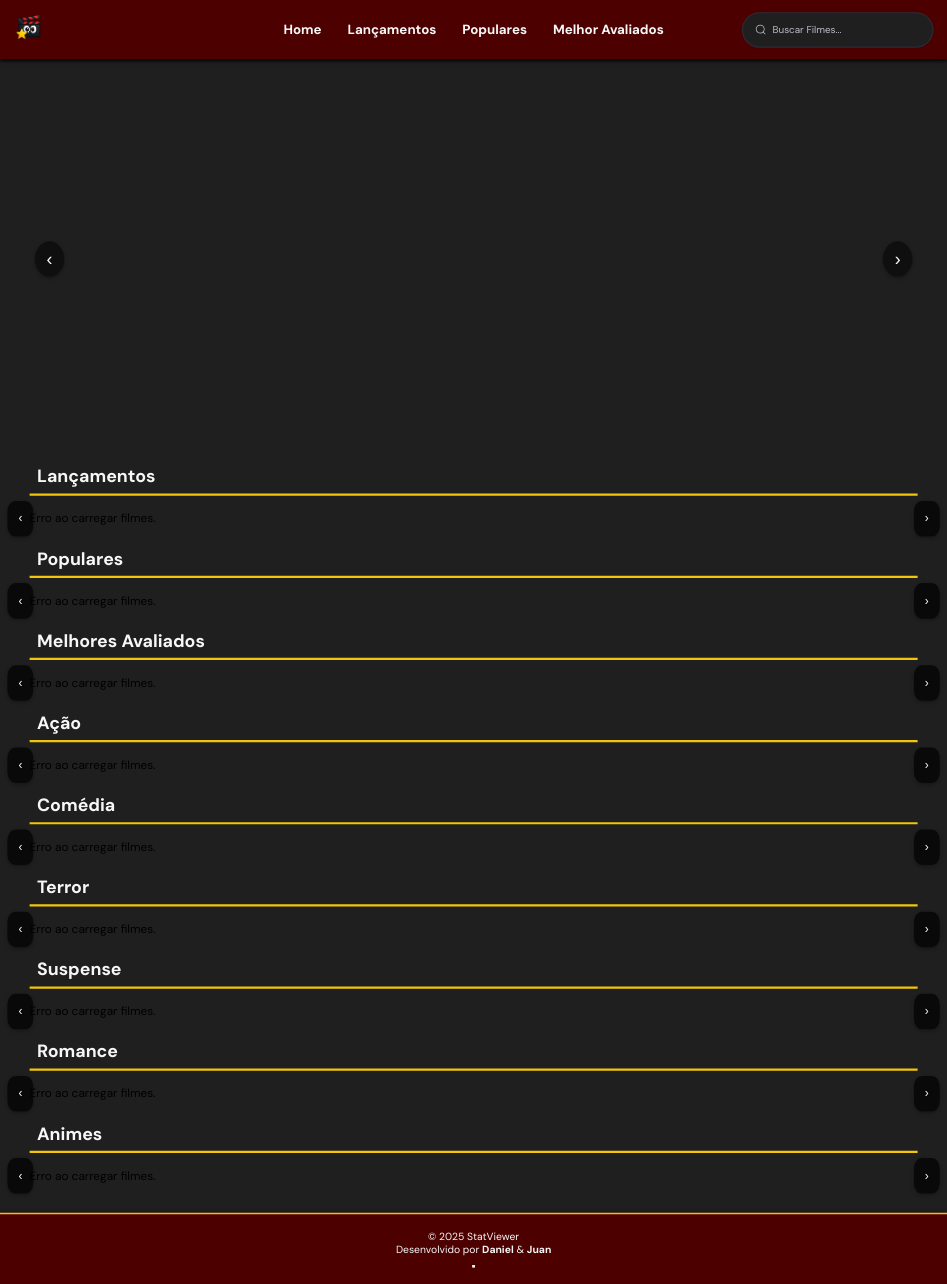
Repository: juanpablitozito/stat-viewer
Page: index.html
The author's editor kept a copy of each file at every save. The page is drawn from the files as they stood at one save, then again after a run of saves.
The browser window is 1280 px wide. The pictures show the whole page, at 74% of full size.
The page's requests for data from a server got no answer.

Above is the page before, as saved 2025-10-02 08:47:18.

### index.html
<!DOCTYPE html>
<html lang="pt-br">
<head>
    <meta charset="UTF-8">
    <meta name="viewport" content="width=device-width, initial-scale=1.0">
    <link rel="shortcut icon" href="/assets/img/logo_stat.ico" type="image/x-icon">
    <title>Stat Viewer</title>
    <link rel="stylesheet" href="src/styles/style.css">
    <link rel="preconnect" href="https://fonts.googleapis.com">
    <link rel="preconnect" href="https://fonts.gstatic.com" crossorigin>
    <link href="https://fonts.googleapis.com/css2?family=DM+Sans:ital,opsz,wght@0,9..40,100..1000;1,9..40,100..1000&display=swap" rel="stylesheet">
    <script src="https://cdn.jsdelivr.net/npm/sweetalert2@11"></script>
</head>
<body>

    <header>
        <section class="nav-bar">

            <nav id="home">

                <a href="/src/pages/login.html"><img src="assets/img/logo_stat.ico" alt="logo" ></a>

                <ul>

                    <li><a href="#home">Home</a></li>
                    <li><a href="#lançamentos">Lançamentos</a></li>
                    <li><a href="#populares">Populares</a></li>
                    <li><a href="#melhoravaliados">Melhor Avaliados</a></li>
                </ul>

                <div class="search-container">
                  <div class="group">
                    <svg viewBox="0 0 24 24" aria-hidden="true" class="search-icon">
                      <g>
                        <path
                          d="M21.53 20.47l-3.66-3.66C19.195 15.24 20 13.214 20 11c0-4.97-4.03-9-9-9s-9 4.03-9 9 4.03 9 9 9c2.215 0 4.24-.804 5.808-2.13l3.66 3.66c.147.146.34.22.53.22s.385-.073.53-.22c.295-.293.295-.767.002-1.06zM3.5 11c0-4.135 3.365-7.5 7.5-7.5s7.5 3.365 7.5 7.5-3.365 7.5-7.5 7.5-7.5-3.365-7.5-7.5z"
                        ></path>
                      </g>
                    </svg>
                    <input
                      id="query"
                      class="input"
                      type="search"
                      placeholder="Buscar Filmes..."
                      name="searchbar"

                    />
                  </div>
                </div>

                <!-- Overlay para resultados da busca -->
                <div id="searchResultsOverlay" class="search-overlay hidden">
                  <div id="searchResults" class="search-results"></div>
                </div>
            </nav>

        </section>

    </header>
    <main>

      <section >
        <div class="carrossel">
          <div class="slides" id="slides">

          </div>

          <button class="btn anterior" onclick="voltarSlide()">‹</button>
          <button class="btn proximo" onclick="avancarSlide()">›</button>
        </div>
      </section>

      <section id="lançamentos">
        <h2>Lançamentos</h2>
        <div class="movie-section">
          <button class="prev-launches">‹</button>
          <div id="launches" class="movie-row"></div>
          <button class="next-launches">›</button>
        </div>
      </section>

      <section id="populares">
        <h2>Populares</h2>
        <div class="movie-section">
          <button class="prev-popular">‹</button>
          <div id="popular" class="movie-row"></div>
          <button class="next-popular">›</button>
        </div>
      </section>

      <section id="melhoravaliados">
        <h2>Melhores Avaliados</h2>
        <div class="movie-section">
          <button class="prev-topRated">‹</button>
          <div id="topRated" class="movie-row"></div>
          <button class="next-topRated">›</button>
        </div>
      </section>

      <section>
        <h2>Ação</h2>
        <div class="movie-section">
          <button class="prev-acao">‹</button>
          <div id="acao" class="movie-row"></div>
          <button class="next-acao">›</button>
        </div>
      </section>

      <section>
        <h2>Comédia</h2>
        <div class="movie-section">
          <button class="prev-comedia">‹</button>
          <div id="comedia" class="movie-row"></div>
          <button class="next-comedia">›</button>
        </div>
      </section>

      <section>
        <h2>Terror</h2>
        <div class="movie-section">
          <button class="prev-terror">‹</button>
          <div id="terror" class="movie-row"></div>
          <button class="next-terror">›</button>
        </div>
      </section>

      <section>
        <h2>Suspense</h2>
        <div class="movie-section">
          <button class="prev-suspense">‹</button>
          <div id="suspense" class="movie-row"></div>
          <button class="next-suspense">›</button>
        </div>
      </section>

      <section>
        <h2>Romance</h2>
        <div class="movie-section">
          <button class="prev-romance">‹</button>
          <div id="romance" class="movie-row"></div>
          <button class="next-romance">›</button>
        </div>
      </section>

      <section>
        <h2>Animes</h2>
        <div class="movie-section">
          <button class="prev-anime">‹</button>
          <div id="anime" class="movie-row"></div>
          <button class="next-anime">›</button>
        </div>
      </section>



    </main>


      <!-- Caixa de avaliaçao -->
      <div id="movieModal" class="modal hidden">
        <div class="modal-container">
        <div class="modal-image" id="modalBgImage"></div>
        <div class="modal-content">
          <span id="closeModal" class="close-button">&times;</span>

          <div class="modal-header">
            <h2 id="modalTitle"></h2>
            <p id="modalRating"></p>
            <p id="modalRelease"></p>
          </div>

          <hr>

          <div class="sinopse">

            <h5> Sinopse:</h5>

            <p id="modalOverview"></p>

          </div>

            <hr>


          <div id="modalTrailer">
            <!-- O trailer será inserido aqui via JavaScript -->
          </div>
        </div>
      </div>
    </div>

    <footer>
  <p>© 2025 StatViewer</p>
  <p>Desenvolvido por <strong>Daniel</strong> & <strong>Juan</strong></p>
  <div class="social-buttons">
    <button  ></button>

  </div>
</footer>



    <script src="src/js/script.js"></script>
</body>
</html>

### src/styles/style.css
/* ===== VARIÁVEIS GLOBAIS ===== */
:root {
  --cor-primaria: #1f1f1f;
  --accent-color: #a8a8a8;
  --highlight-color: #f7f7f7;
  --button-color: rgba(255, 208, 11, 0.945);
  --button-hover-color: rgba(250, 203, 14, 0.637);;
  --segunda-cor: rgb(77, 0, 0);
  --text-color: #f7f7f7;
  --sombra: rgba(0, 0, 0, 1) 0px 2px 5px;
  --transition: all 0.3s ease;
}

/* ===== RESET E CONFIGURAÇÕES GERAIS ===== */
* {
  box-sizing: border-box;
  scroll-behavior: smooth;
  margin: 0;
  padding: 0;
}

body {
  background-color: var(--cor-primaria);
  font-family: DM Sans, sans-serif;
}

/* ===== NAVEGAÇÃO ===== */
nav {
  position: fixed;
  z-index: 10001;
  width: 100%;
  top: 0;
  height: 80px;
  background-color: var(--segunda-cor);
  display: flex;
  justify-content: space-between;
  align-items: center;
  padding: 5px 20px;
  box-shadow: var(--sombra);
}

/* Lista de navegação */
ul {
  display: flex;
  flex-direction: row;
  position: absolute;
  left: 50%;
  transform: translateX(-50%);
  list-style: none;
  gap: 35px;
}

a {
  color: var(--text-color);
  text-decoration: none;
  font-size: 18px;
  font-weight: bold;
}

a:hover {
  color: var(--accent-color);
  transition: var(--transition);
}

nav img {
  width: 3vw;
}

/* ===== BARRA DE PESQUISA ===== */
.group {
  display: flex;
  line-height: 28px;
  align-items: center;
  position: relative;
}

.input {
  font-family: "DM Sans", sans-serif;
  width: 20vw;
  height: 45px;
  padding-left: 2.5rem;
  box-shadow: 0 0 0 1.5px #2b2c37, 0 0 25px -17px #000;
  border: 0;
  border-radius: 30px;
  background-color: var(--cor-primaria);
  outline: none;
  color: #bdbecb;
  transition: var(--transition);
  cursor: text;
  z-index: 0;
}

.input::placeholder {
  color: #bdbecb;
}

.input:hover {
  box-shadow: 0 0 0 2.5px #2f303d, 0px 0px 25px -15px #000;
}

.input:active {
  transform: scale(0.95);
}

.input:focus {
  box-shadow: 0 0 0 2.5px #2f303d;
}

.search-icon {
  position: absolute;
  left: 1rem;
  fill: #bdbecb;
  width: 1rem;
  height: 1rem;
  pointer-events: none;
  z-index: 1;
}

/* ===== CARROSSEL PRINCIPAL ===== */
.carrossel {
  position: relative;
  width: 95vw;
  height: auto;
  margin: 100px auto 10px;
  overflow: hidden;
  border-radius: 10px;
  box-shadow: 0 4px 10px var(--sombra);
}
 .carrossel::before {
            content: '';
            position: absolute;
            bottom: 0;
            left: 0;
            width: 100%;
            height: 100%;
            background: linear-gradient(
                to top,
                 #1f1f1f 0%,
                transparent 50%,
                transparent 100%
            );
            z-index: 1;
        }

        /* .carrossel::after {
            content: '';
            position: absolute;
            top: 0;
            left: 0;
            width: 10%;
            height: 100%;
            background: linear-gradient(
                to right,
                 #1f1f1f 0%,
                transparent 50%,
                transparent 10%
            );

            z-index: 1;
        } */

.slides {
  display: flex;
  transition: transform 1.5s ease-in-out;
  height: 100%;
}

.slides img {
  width: 100%;
  height: 100%;
  flex-shrink: 0;
}

/* Botões do carrossel */
.btn {
  position: absolute;
  top: 50%;
  transform: translateY(-50%);
  background: rgba(0, 0, 0, 0.5);
  color: white;
  border: none;
  padding: 10px 16px;
  font-size: 24px;
  cursor: pointer;
  border-radius: 50%;
}

.btn.anterior {
  left: 15px;
}

.btn.proximo {
  right: 15px;
}

.btn:hover {
  background: rgba(0, 0, 0, 0.7);
}

/* ===== SEÇÕES DE CATÁLOGO ===== */
h1 {
  text-align: center;
  padding: 10px 20px;
  margin: 10px;
  color: var(--text-color);
}

h2 {
  padding: 8px 10px;
  margin: 20px 40px;
  color: var(--text-color);
  border-bottom: 3px solid var(--button-color);
}

/* Container das seções de filmes */
.movie-section {
  display: flex;
  align-items: center;
  position: relative;
}

.movie-row {
  display: flex;
  overflow-x: hidden;
  scroll-behavior: smooth;
  position: relative;
  margin: 0 40px;
}

/* ===== CARDS DE FILMES ===== */
.card-movie {
  width: 200px;
  height: 350px;
  border-radius: 8px;
  overflow: hidden;
  text-align: center;
  padding: 10px;
  flex: 0 0 auto;
  display: flex;
  flex-direction: column;
  justify-content: space-between;
}

.card-movie img {
  width: 100%;
  height: 300px;
  border-radius: 8px;
  object-fit: cover;
  object-position: center;
  cursor: pointer;
  box-shadow: var(--sombra);
}

.card-movie img:hover {
  transform: scale(1.10);
  transition: var(--transition);
  box-shadow: 0 4px 20px var(--sombra);
}

.card-movie h3 {
  display: none;
}

/* ===== BOTÕES DE NAVEGAÇÃO DAS SEÇÕES ===== */
section button {
  background-color: rgba(0, 0, 0, 0.5);
  color: white;
  border: none;
  padding: 10px 20px;
  font-size: 16px;
  cursor: pointer;
  transition: background-color 0.3s ease;
  position: absolute;
  top: 50%;
  transform: translateY(-50%);
  z-index: 10;
  background-color: rgba(0, 0, 0, 0.7);
  padding: 15px;
  border-radius: 30%;
  box-shadow: 0 2px 5px rgba(0, 0, 0, 0.3);
}

section button:hover {
  background-color: rgba(0, 0, 0, 0.9);
}

/* Containers das seções */
#launches, #popular, #topRated, #acao, #comedia, #terror, #suspense, #romance, #anime {
  position: relative;
}

/* Botões anteriores */
.prev-launches, .prev-popular, .prev-topRated, .prev-acao, .prev-comedia, .prev-terror, .prev-suspense, .prev-romance, .prev-anime {
  left: 10px;
}

/* Botões próximos */
.next-launches, .next-popular, .next-topRated, .next-acao, .next-comedia, .next-terror, .next-suspense, .next-romance, .next-anime {
  right: 10px;
}

/* ===== MODAL DE DETALHES ===== */
.modal {
  position: fixed;
  inset: 0;
  background-color: rgba(0, 0, 0, 0.85);
  display: flex;
  align-items: center;
  justify-content: center;
  z-index: 9999;
}

.modal-container::-webkit-scrollbar {
  display: none;
}

.modal-container {
  display: flex;
  flex-direction: column;
  width: 50%;
  max-width: 900px;
  height: 750px;
  background-color: var(--cor-primaria);
  border-radius: 8px;
  /* overflow: hidden; */
  overflow-y: scroll;
  color: white;

}
 .modal-image::after {
            content: '';
            position: absolute;
            bottom: 0;
            left: 0;
            width: 100%;
            height: 100%;
            background: linear-gradient(
                to top,
                 #1f1f1f 0%,
                transparent 50%,
                transparent 100%
            );
            z-index: 1;
        }

.modal-image {
  flex: 0 0 60%;
  background-size: cover;
  background-repeat: no-repeat;
  background-position: center;
  position: relative;

}

.modal-content {
  background-color: var(--cor-primaria);
  padding: 40px;
  border-radius: 10px;
  max-width: 800px;
  max-height: 800px;
  height: 100%;
  width: 100%;
  color: var(--text-color);
  position: relative;
  margin: 20px auto 40px;
}

/* Elementos do modal */
#modalTitle {
  padding: 0;
  margin: 0;
  border: none;
}

#modalRating {
  position: absolute;
  top: 35px;
  right: 100px;
}

.btn-trailer {
  padding: 10px 20px;
  background-color: var(--button-color);
  /* border: 1px solid white; */
  border-radius: 1px;
  font-weight: bold;
  font-size: 14px;
  box-shadow: var(--sombra);
  border-radius:5px ;
  transition: var(--transition);
}

.btn-trailer:hover {
  background-color: var(--button-hover-color);
  box-shadow: 0 4px 15px var(--sombra) ;

  cursor: pointer;
  transform: translateY(-3px);
}

h5 {
  font-size: 18px;
  margin: 0;
  padding: 0;
}

.sinopse {
  margin: 20px 0;
}

#modalOverview {
  font-family: 'Montserrat', sans-serif;
  color: var(--accent-color);
  width: 100%;
  margin: 0;
}

.close-button {
  position: absolute;
  top: 10px;
  right: 15px;
  font-size: 22px;
  cursor: pointer;
  color: var(--button-color);
}

hr {
  margin: 20px 0;
}

/* ===== SISTEMA DE BUSCA ===== */
.search-overlay {
  position: fixed;
  top: 70px;
  left: 0;
  right: 0;
  bottom: 0;
  background-color: rgba(0, 0, 0, 0.95);
  z-index: 999;
  overflow-y: auto;
  padding: 20px;
}

.search-results {
  display: flex;
  flex-wrap: wrap;
  gap: 20px;
}

/* ===== COMPONENTES DE ALERTA ===== */
.meu-popup {
  background: var(--cor-primaria);
  border-radius: 20px;
  box-shadow: 10px 10px 100px rgba(255, 0, 0, 0.274);
}

.meu-titulo {
  font-family: 'Poppins', sans-serif;
  color: var(--text-color);
  border: none;
}

.meu-botao {
  background-color: var(--segunda-cor);
  color: var(--text-color);
  transition: var(--transition);
  border-radius: 10px;
  padding: 8px 20px;
  border: none;
}

.meu-botao:hover {
  background-color: #4d000080;
  color: var(--text-color);
  transform: translate(1.05);
}

/* ==== Rodapé ==== */
footer {
  background-color: var(--segunda-cor);
  color: var(--text-color);
  text-align: center;
  padding: 20px;
  margin-top: 40px;
  box-shadow: var(--sombra);
  font-size: 14px;
  z-index: 10000;
  position: relative;
  width: 100%;
  bottom: 0;
  border-top: var(--button-color) 2px solid;
}
/* ===== CLASSES UTILITÁRIAS ===== */
.hidden {
  display: none;
}

/* ===== RESPONSIVIDADE ===== */

/* Dispositivos móveis (até 767px) */
@media (max-width: 767px) {
  /* Navegação */
  nav {
    flex-direction: column;
    padding: 10px;
    height: auto;
  }

  nav img {
    width: 40px;
    margin-bottom: 10px;
  }

  ul {
    position: static;
    transform: none;
    flex-wrap: wrap;
    justify-content: center;
    gap: 15px;
    margin-top: 10px;
    margin-bottom: 10px;
  }

  .search-container {
    width: 100%;
    margin-top: 10px;
  }

  .input {
    width: 100%;
  }

  /* Carrossel */
  .carrossel {
    height: 200px;
    margin: 70px auto 20px;
  }

  /* Seções de filmes */
  h2 {
    padding: 10px 20px;
    font-size: 1.2rem;
  }

  .movie-section {
    margin: 0;
  }

  .movie-row {
    margin: 0 15px;
    scroll-padding: 0 15px;
  }

  .card-movie {
    width: 150px;
    height: 250px;
  }

  .card-movie img {
    height: 200px;
  }

  section button {
    padding: 8px;
    font-size: 12px;
  }

  /* Modal */
  .modal-container {
    flex-direction: column;
    height: auto;
    max-height: 90vh;
    overflow-y: auto;
  }

  .modal-image {
    flex: 0 0 200px;
    min-height: 200px;
  }

  .modal-content {
    padding: 15px;
  }

  /* Busca */
  .search-overlay {
    top: 150px;
  }

  .search-results {
    justify-content: center;
  }
}

/* Tablets (768px a 1023px) */
@media (min-width: 768px) and (max-width: 1023px) {
  /* Navegação */
  nav {
    padding: 10px 15px;
  }

  nav img {
    width: 30px;
  }

  ul {
    gap: 20px;
  }

  .input {
    width: 25vw;
  }

  /* Carrossel */
  .carrossel {
    height: 400px;
    margin: 80px auto 30px;
  }

  /* Seções de filmes */
  h2 {
    padding: 15px 30px;
  }

  .movie-row {
    margin: 0 30px;
  }

  .card-movie {
    width: 180px;
    height: 300px;
  }

  .card-movie img {
    height: 250px;
  }

  /* Modal */
  .modal-container {
    height: 70vh;
  }

  .modal-image {
    flex: 0 0 30%;
  }
}

/* Notebooks e Desktops (1024px a 1439px) */
@media (min-width: 1024px) and (max-width: 1439px) {
  /* Carrossel */
  .carrossel {
    height: 500px;
  }

  /* Cards de filmes */
  .card-movie {
    width: 190px;
    height: 320px;
  }

  .card-movie img {
    height: 270px;
  }
}

Loaded but not shown: src/js/script.js (604 lines, source omitted)

After the next 3 saves:
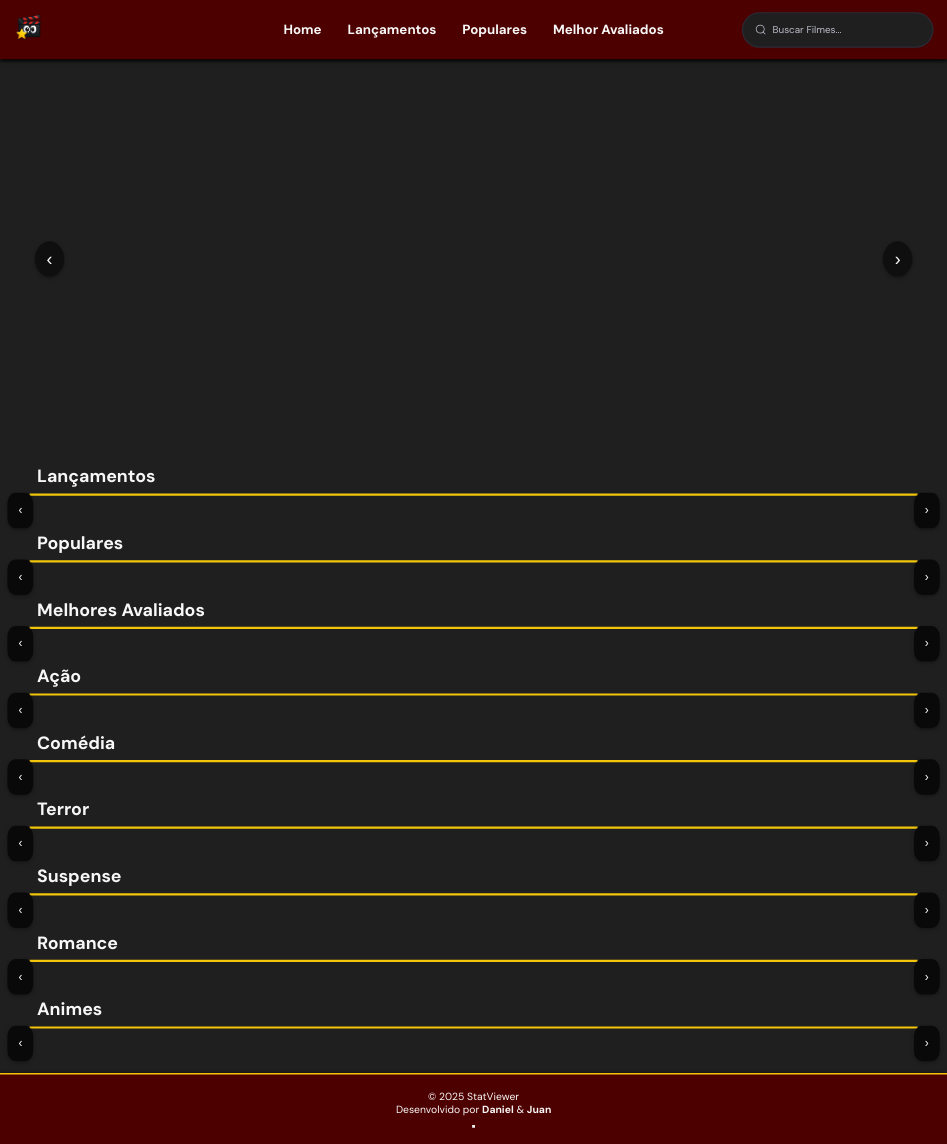
The 3 saves are shown as one change because they came seconds apart.
The last was saved 8 s later.
--- a/index.html
+++ b/index.html
@@ -193,7 +193,7 @@
   <p>© 2025 StatViewer</p>
   <p>Desenvolvido por <strong>Daniel</strong> & <strong>Juan</strong></p>
   <div class="social-buttons">
-    <button  ></button>
+    <button href=" ></button>
 
   </div>
 </footer>

After the save that followed:
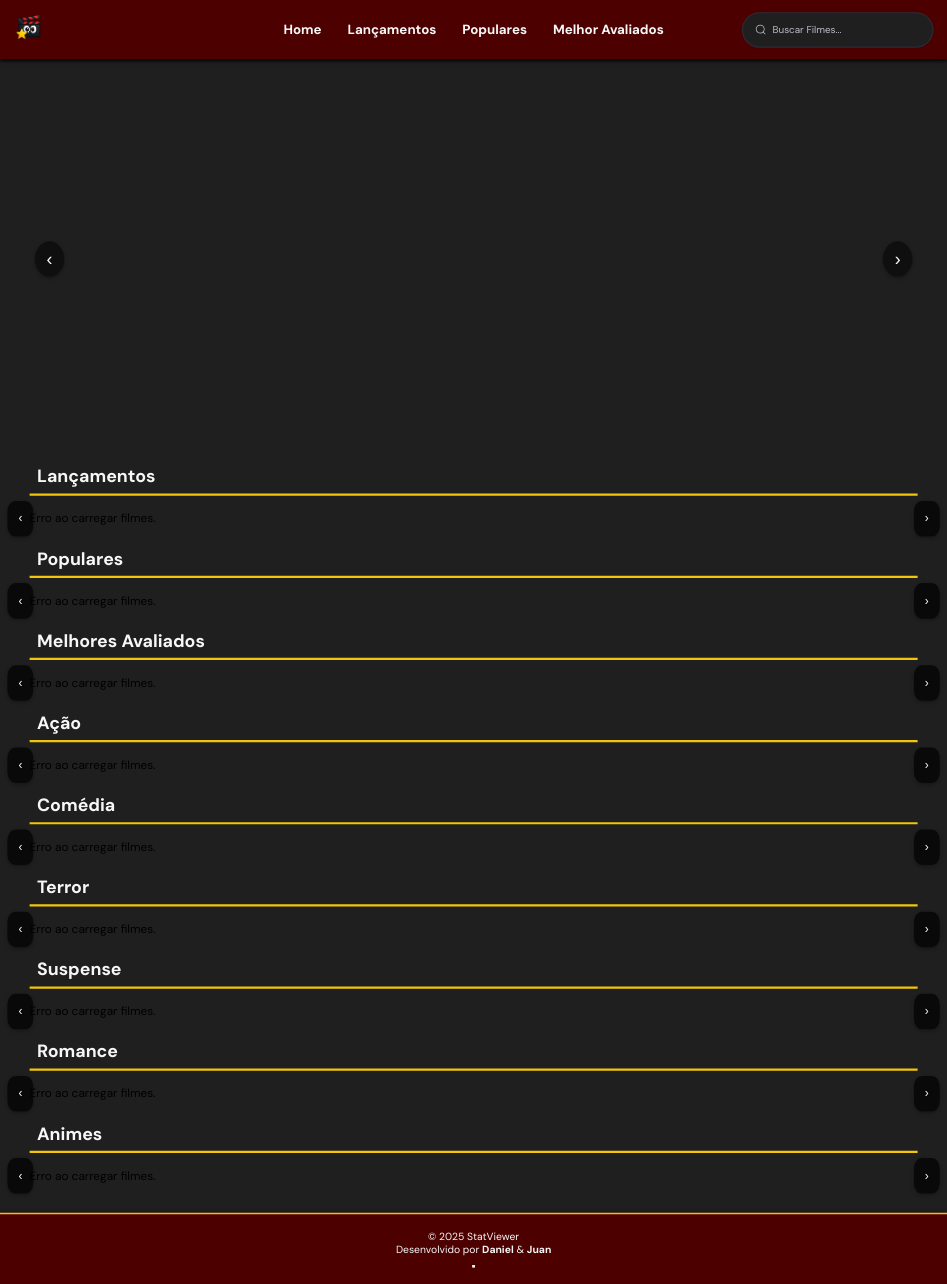
Saved 6 s later.
--- a/index.html
+++ b/index.html
@@ -193,7 +193,7 @@
   <p>© 2025 StatViewer</p>
   <p>Desenvolvido por <strong>Daniel</strong> & <strong>Juan</strong></p>
   <div class="social-buttons">
-    <button href=" ></button>
+    <button href="" ></button>
 
   </div>
 </footer>
